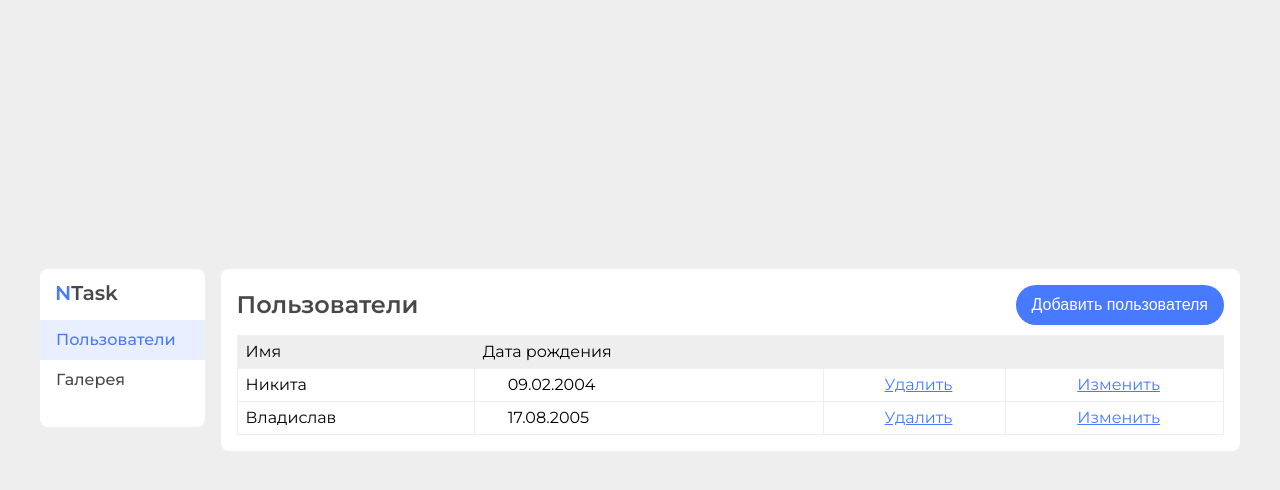
Repository: Grid-Master/NTask
Page: /
The author's editor kept a copy of each file at every save. The page is drawn from the files as they stood at one save, then again after the next save.
The browser window is 1280 px wide. The pictures show the whole page.
The project was rebuilt for these pictures with package versions that can differ from the ones it lists, and the page was loaded fresh each time. Also part of the build but not shown: src/components/gallery/gallery.sass, src/components/gallery/Gallery.tsx, src/components/updateUser/updateUser.sass, src/components/updateUser/UpdateUser.tsx.

Above is the page before, as saved 2023-06-09 20:26:24.

After the next save:
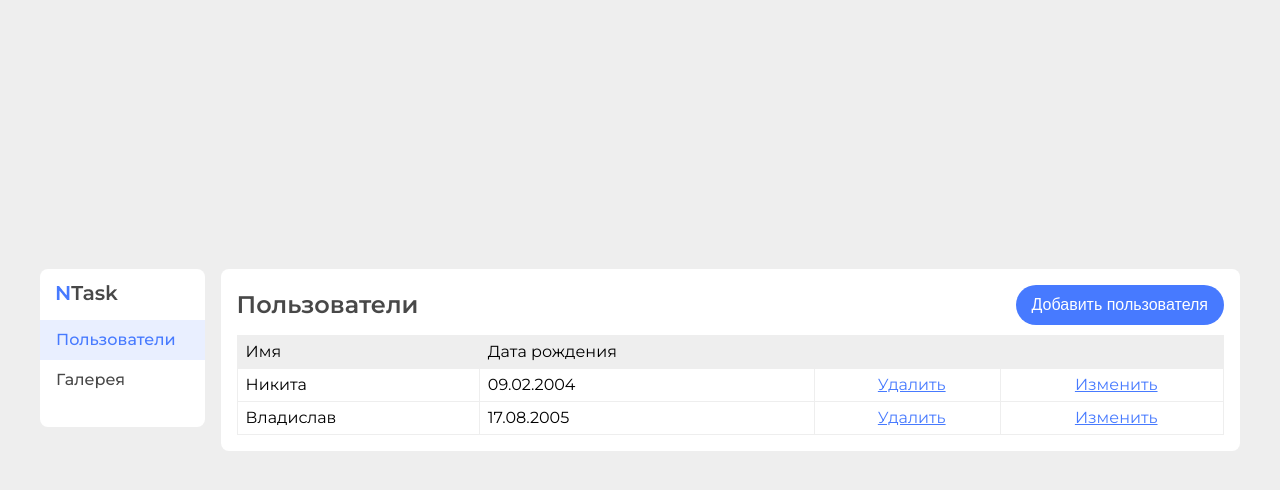
Saved 44 s later.
--- a/src/components/userList/UserList.tsx
+++ b/src/components/userList/UserList.tsx
@@ -36,9 +36,7 @@ const UserList: FC = () => {
         {users.map((user) => (
           <tr key={user.id}>
             <td>{user.name}</td>
-            <td>
-              &nbsp;&nbsp;&nbsp;&nbsp;&nbsp;&nbsp;{user.date}&nbsp;&nbsp;&nbsp;&nbsp;&nbsp;&nbsp;
-            </td>
+            <td>{user.date}</td>
             <td className="userList__table-btn" onClick={() => deleteHandler(user.id)}>
               Удалить
             </td>
